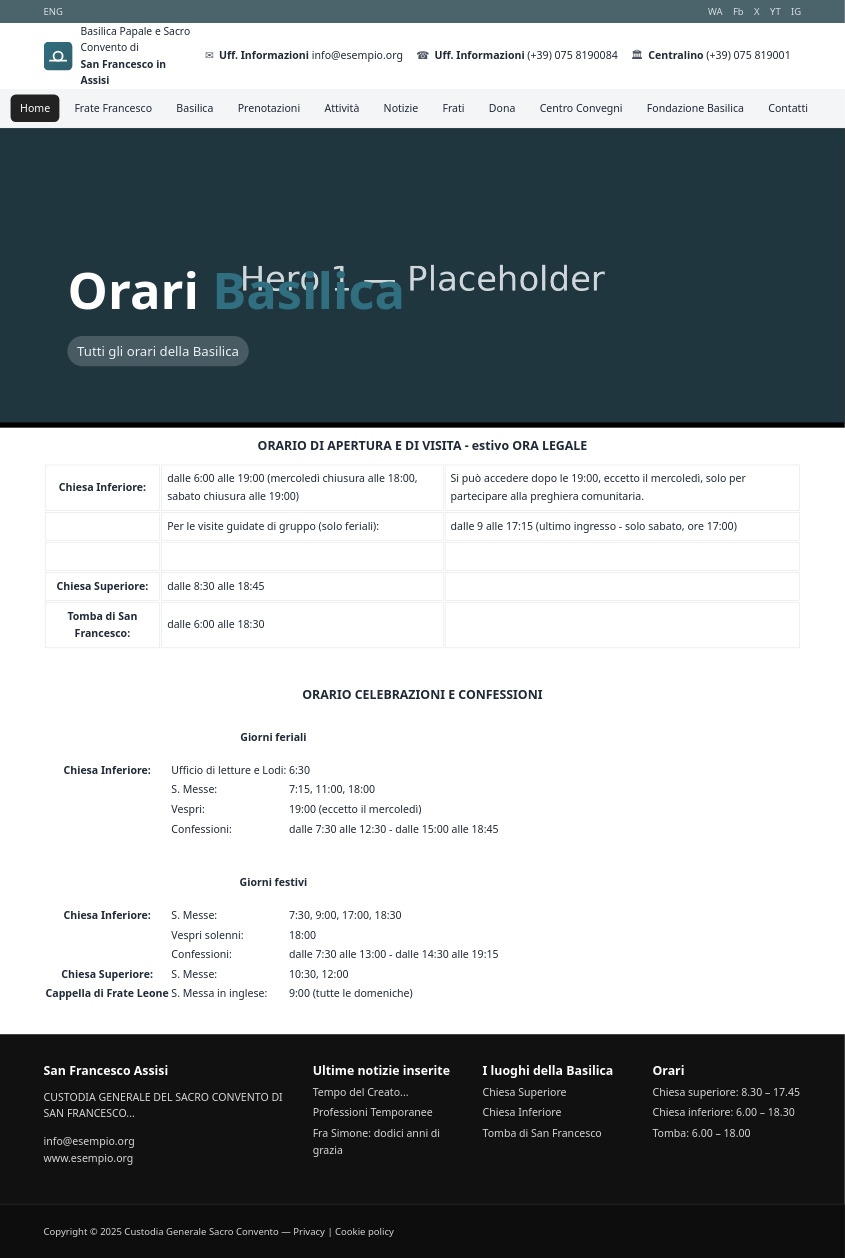
Repository: leacappello/basilica-platform-project
Page: pages/orari.html
The author's editor kept a copy of each file at every save. The page is drawn from the files as they stood at one save, then again after the next save.
The browser window is 1280 px wide. The pictures show the whole page, at 66% of full size.

Above is the page before, as saved 2025-09-15 12:00:11.
Console error (its wording comes from the project's code and is left out).

After the next save:
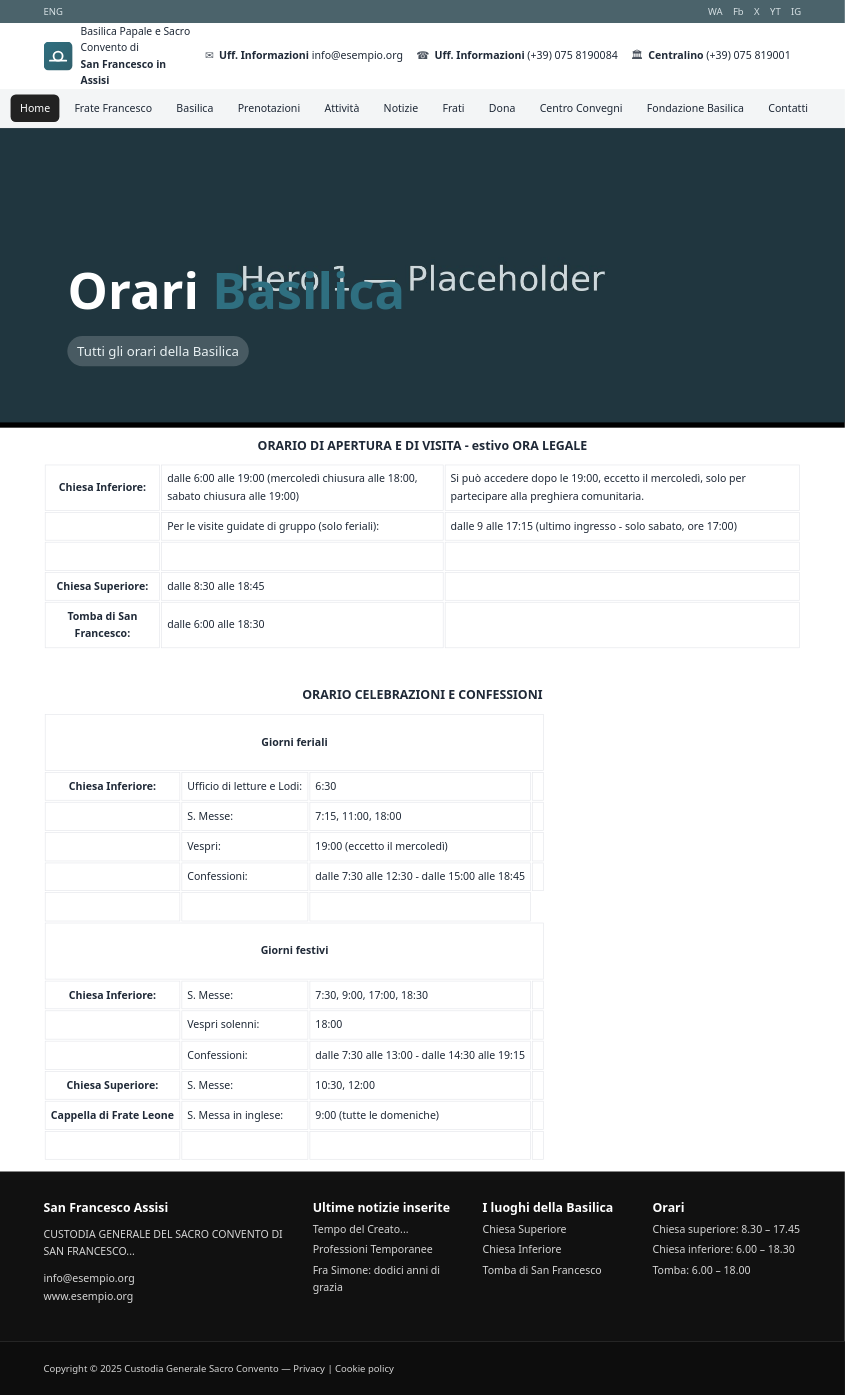
Saved 27 s later.
--- a/pages/orari.html
+++ b/pages/orari.html
@@ -211,7 +211,7 @@
                         <p></p>
                         <p>
                         </p>
-                        <table class="table">
+                        <table class="table orari">
                             <tbody>
                                 <tr>
                                     <th colspan="4">
